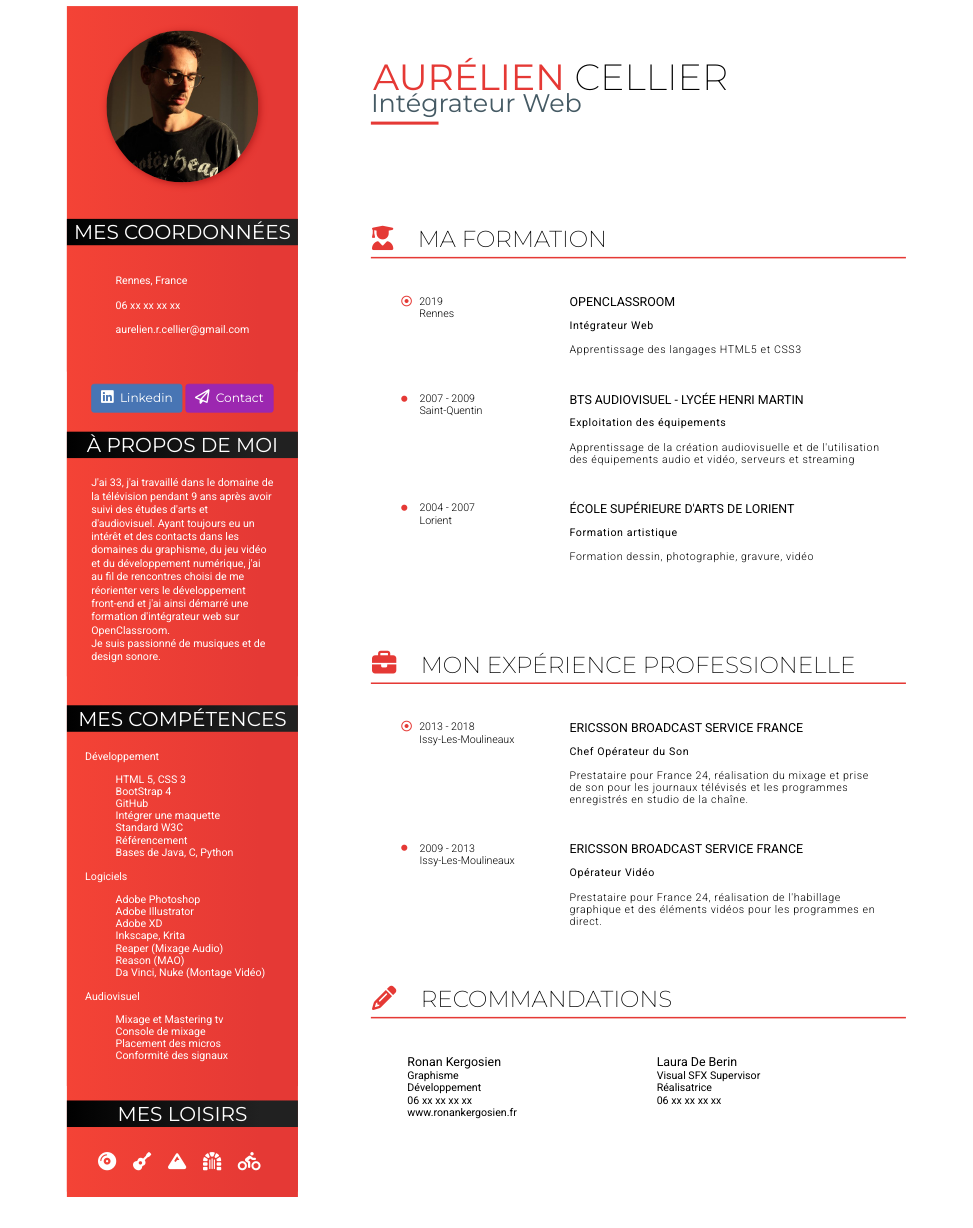
Repository: oc-math-classroom/projet-2
Page: index.html
The author's editor kept a copy of each file at every save. The page is drawn from the files as they stood at one save, then again after the next save.
The browser window is 1280 px wide. The pictures show the whole page, at 76% of full size.
Some web libraries are served in a nearby version.

Above is the page before, as saved 2019-07-06 13:28:11.

After the next save:
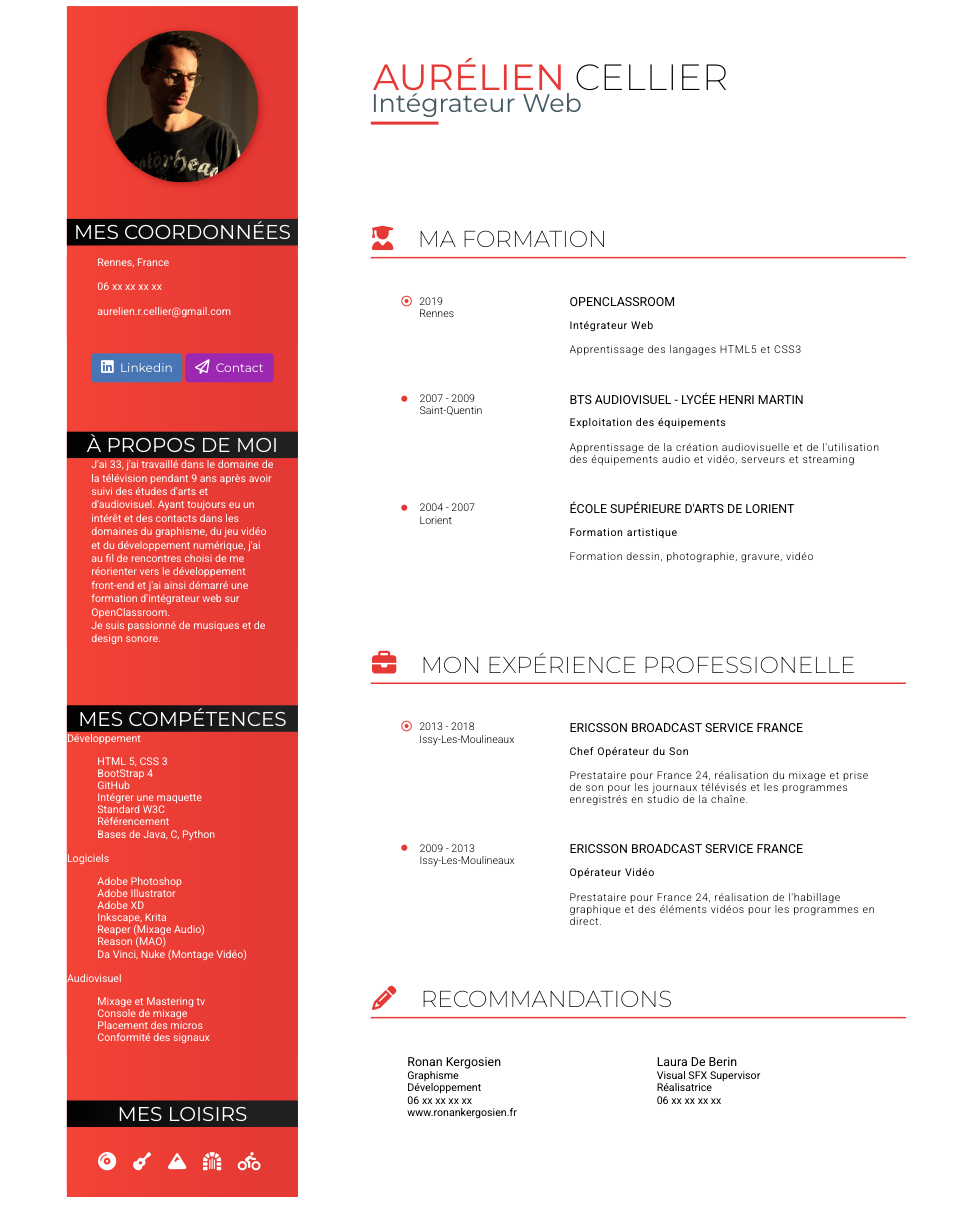
Saved 43 s later.
--- a/style.css
+++ b/style.css
@@ -161,10 +161,7 @@ a{
 
 .bloc-texte-side, .bloc-bouton-side, .bloc-icon-side{
     background-color: #e53935; background: linear-gradient(to left, #e53935 50px, #f44336); color: white;
-    padding-top: 1.5rem;
-    padding-left: 1.5rem;
-    padding-bottom: 1rem;
-    padding-right: 1.5rem;
+    padding: 1.5rem, 1.5rem, 1rem;
 }
 
 .bloc-sider{
